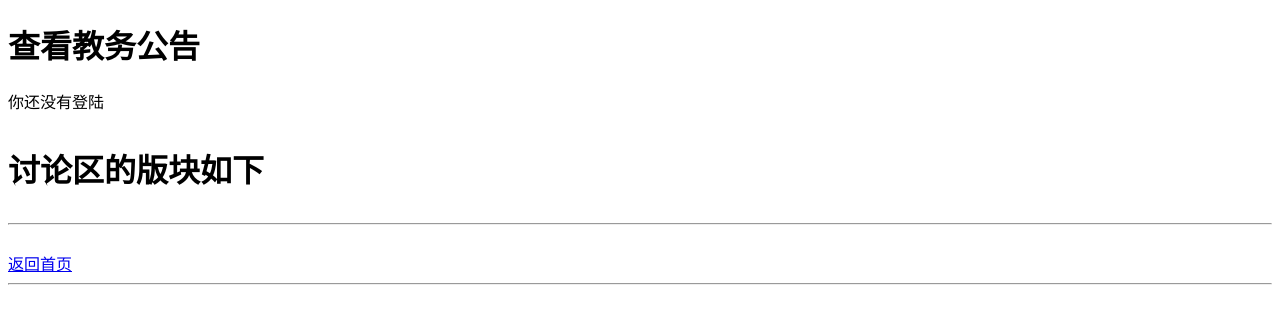
Repository: hbisheng/Academic-portal-website
Page: http://localhost/NewInfo/notice/index.jsp
These files come from the project's save history. The page is drawn as it stood at one moment and after the next save; the edit follows.
The browser window is 1280 px wide. The pictures show the whole page.
The page is served by Tomcat 9. Other server files are loaded and not shown. Queries for data that is not in the repository find no rows.

Above is the page before, as saved 2014-09-21 16:34:56.

### Java_info/NewInfo/WebContent/notice/index.jsp
<%@page import="edu.thu.cs.*"%>
<%@page import="jdbc.*"%>
<%@page import="java.util.*"%>

<%@ page language="java" contentType="text/html; charset=UTF-8"
    pageEncoding="UTF-8"%>
<!DOCTYPE html PUBLIC "-//W3C//DTD HTML 4.01 Transitional//EN" "http://www.w3.org/TR/html4/loose.dtd">
<html>
<head>
<meta http-equiv="Content-Type" content="text/html; charset=UTF-8">
<title>Insert title here</title>
</head>
<body>

<h1>查看教务公告</h1>

<%
	User user = (User)session.getAttribute("user");
	JdbcDao jdbc = new JdbcDao();
	if(user != null)
	{
		user = jdbc.getUser(user);
		session.setAttribute("user",user);
	}
%>

<%
	List<Integer> c=null;
	c = jdbc.getPostIndex(1000);
	if(user==null)
		out.println("你还没有登陆");
	int cnt = 0;
%>

<font size = 6 face ="微软雅黑" >
<p><b>讨论区的版块如下</b></p>
</font>

<font size = 4 face ="微软雅黑" >
<ul>
<%
	if(c!=null){
		for(Integer i: c)
		{
			Category category = jdbc.getCategory(i);
			String post_url = "posts.jsp?category_id="+category.id;
			String del_url = "index.jsp?id="+category.id+"&action=delete";
			++cnt;
			%><li><b><%=cnt%>. <a href= <%=post_url %> > <%=category.name%> </a></b><%
			if(user != null && user.permit_admin > 0){
				%><a href = <%=del_url%>><font color = "red">删除</font></a><%
			}
			%></li>
		<%
		}
	}
%>
</ul>

</font>
<hr><br><a href="../home.jsp">返回首页</a>
<hr><%
	if(user != null){
	%>
<font size = 3 face ="微软雅黑" color="#00FFFF">
	你的名字：<%=user.realname %><br>
	你的ID：<%=user.id %><br>
	你的地址：<%=user.address %><br>
</font>
<% 	}%>

<%
	if(user != null && user.permit_admin > 0)
	{
		if(request.getParameter("deliver")!=null)
		{
			Category category = new Category();
			category.name = request.getParameter("board");
			if(category.validate())
			{
				if(category.isOld())
				{
					out.println("该Category已经存在了");
				}
				else
				{
					jdbc.addCategory(category);
					response.sendRedirect("index.jsp");
				}
			}
			else
			{
				out.println("Category不能为空");
			}
		}
		String action = request.getParameter("action");
		if(action != null && action.equals("delete"))
		{
			int category_id = Integer.parseInt(request.getParameter("id"));
			jdbc.delCategory(category_id);
			response.sendRedirect("index.jsp");
		}
		%><h4>你是管理员，可以新开一个版块</h4>新开一个版块
		<form action = "index.jsp" method = "post">
		<span style="vertical-align: top">版块:</span><textarea rows="1" cols="50" name ="board"></textarea><br><br>
		<input type ="submit" value="确认发表" name = "deliver"/></form><%
	}

%>

</body>
</html>

### Java_info/NewInfo/src/jdbc/JdbcDao.java
package jdbc;
import java.util.*;
import java.sql.*;
import edu.thu.cs.*;
import java.text.*;

public class JdbcDao {
	public String TAG = this.getClass().getName();
	public static String URL = "jdbc:mysql://localhost:3306/";
	public static String DATABASENAME = "info";
	static {
		try {
			Class.forName("com.mysql.jdbc.Driver");
		} catch (ClassNotFoundException e) {
			e.printStackTrace();
		}
	}

	public User addUser(User user) //参数user需要保证validate = true  需要提前检查重名
	{
		try {
			Connection conn = DriverManager.getConnection(URL + DATABASENAME,"root","");
			PreparedStatement Statement=conn.prepareStatement(
		    		"INSERT INTO user VALUES(NULL,?,?,?,?,?,?,?,?,?,?,?,?,?,?,?)");
		    Statement.setString(1,user.account);
		    Statement.setString(2,user.password);
		    Statement.setString(3,user.realname);
		    Statement.setString(4,user.nickname);
		    Statement.setString(5,user.sex);
		    Statement.setString(6,user.birth);
		    Statement.setString(7,user.phone);
		    Statement.setString(8,user.e_name);
		    Statement.setString(9,user.e_phone);
		    Statement.setString(10,user.address);
		    Statement.setString(11, user.qq);
		    Statement.setInt(12, user.verify);
		    Statement.setInt(13, user.permit_admin);
		    Statement.setInt(14, user.permit_post);
		    Statement.setInt(15, user.permit_login);
		    Statement.executeUpdate();
		    System.out.println("In addU:addUser");
		    if(conn != null)
		    	conn.close();
		    if(Statement != null)
		    	Statement.close();
		} catch (SQLException e) {
			e.printStackTrace();
		}
		user.id = 0;//search by account
		return getUser(user);
	}

	public User getUser(User user)//依次按照以下参数寻找  id, account, nickname, 它们都是唯一的，如果要跳过就置0或置null
	{
		User target = new User();
		target.id = 0;
		try {
			Connection conn = DriverManager.getConnection(URL + DATABASENAME,"root","");
			Statement stmt = conn.createStatement();
			ResultSet rs;
			if(user.id != 0)
			{
				 rs = stmt.executeQuery("select * from user where id="+user.id);
			}
			else if((user.account != null) && !(user.account.equals("")))
			{
				 rs = stmt.executeQuery("select * from user where account=\""+user.account+"\"");
			}
			else if((user.nickname != null)&& !(user.nickname.equals("")))
			{
				 rs = stmt.executeQuery("select * from user where nickname=\""+user.nickname+"\"");
				 System.out.println("getUser by nickname");
			}
			else
			{
				System.out.println("查找失败，没有提供足够的信息");
				return null;
			}
			while (rs.next()) {
		    	target.id = Integer.parseInt(rs.getString("id"));
		    	target.account = rs.getString("account");
		    	target.password = rs.getString("password");
		    	target.realname = rs.getString("realname");
		    	target.nickname = rs.getString("nickname");
		    	target.sex = rs.getString("sex");
		    	target.birth = rs.getString("birth");
		    	target.phone = rs.getString("phone");
		    	target.e_name = rs.getString("e_name");
		    	target.e_phone = rs.getString("e_phone");
		    	target.address = rs.getString("address");
		    	target.qq = rs.getString("qq");
		    	target.verify = Integer.parseInt(rs.getString("verify"));
		    	target.permit_admin = Integer.parseInt(rs.getString("permit_admin"));
		    	target.permit_post = Integer.parseInt(rs.getString("permit_post"));
		    	target.permit_login = Integer.parseInt(rs.getString("permit_login"));
			}
			if(conn != null)
		    	conn.close();
		    if(stmt != null)
		    	stmt.close();
		    if(rs != null)
		    	rs.close();
		} catch (SQLException e) {
			e.printStackTrace();
		}
		if(target.id == 0)//找不到该用户
		{
			System.out.println("没有找到符合要求的用户");
			return null;
		}
		else
			return target;
	}
	public void updateUser(User user)//the id has to be the old one, contents are new.
	{
		try {
			Connection conn = DriverManager.getConnection(URL + DATABASENAME,"root","");
			PreparedStatement Statement=conn.prepareStatement
					("update user set password=?,nickname=?, sex=?, birth=?,phone=?,"
					+ "e_name=?,e_phone=?,address=?,qq=?,verify=?,permit_admin=?,permit_post=?,permit_login=? where id ="+user.id);

			Statement.setString(1,user.password);
			Statement.setString(2,user.nickname);
			Statement.setString(3,user.sex);
			Statement.setString(4,user.birth);
			Statement.setString(5,user.phone);
			Statement.setString(6,user.e_name);
			Statement.setString(7,user.e_phone);
			Statement.setString(8,user.address);
			Statement.setString(9,user.qq);
			Statement.setInt(10, user.verify);
		    Statement.setInt(11, user.permit_admin);
		    Statement.setInt(12, user.permit_post);
		    Statement.setInt(13, user.permit_login);
		    Statement.executeUpdate();
		    if(conn != null)
		    	conn.close();
		    if(Statement != null)
		    	Statement.close();
		} catch (SQLException e) {
			e.printStackTrace();
		}
	}

	public List<Integer> getUserIndex() {
		List<Integer> list = new ArrayList<Integer>();
		try {
			Connection conn = DriverManager.getConnection(URL + DATABASENAME,"root","");
			Statement stmt = conn.createStatement();
			ResultSet rs = stmt.executeQuery("select * from user");
			while (rs.next()) {
				list.add(rs.getInt("id"));
			}
			if(conn != null)
		    	conn.close();
		    if(stmt != null)
		    	stmt.close();
		    if(rs != null)
		    	rs.close();
		} catch (SQLException e) {
			e.printStackTrace();
		}
		return list;
	}
	public void delUser(User user)
	{
		try {
			Connection conn = DriverManager.getConnection(URL + DATABASENAME,"root","");
			PreparedStatement Statement=conn.prepareStatement("delete from user where id=" + user.id);
			Statement.executeUpdate();
		} catch (SQLException e) {
			// TODO Auto-generated catch block
			e.printStackTrace();
		}
	}
	//About the course!!

	public int addCourse(Course course) //参数user需要保证validate = true  需要提前检查重名
	{
		int course_id = 0;
		try {
			Connection conn = DriverManager.getConnection(URL + DATABASENAME,"root","");
			PreparedStatement Statement=conn.prepareStatement(
		    		"INSERT INTO course VALUES(NULL,?,?,?,?,?,?,?,?)");
		    Statement.setInt(1,course.valid);
		    Statement.setString(2,course.name);
		    Statement.setString(3,course.teacher);
		    Statement.setString(4,course.content);
		    Statement.setInt(5,course.capacity);
		    Statement.setString(6,course.classtime);
		    Statement.setString(7,course.start_time);
		    Statement.setString(8,course.end_time);
		    Statement.executeUpdate();

		    Statement stmt = conn.createStatement();
		    ResultSet rs = stmt.executeQuery("select * from course where name=\""+course.name+"\" and teacher= \""+course.teacher+"\"");
		    while (rs.next()) {
				course_id = rs.getInt("id");
			}
		    if(conn != null)
		    	conn.close();
		    if(Statement != null)
		    	Statement.close();
		    if(stmt!=null)
		    	stmt.close();
		    if(rs!=null)
		    	rs.close();
		} catch (SQLException e) {
			e.printStackTrace();
		}
		return course_id;
	}

	public Course getCourse(int course_id)//依次按照以下参数寻找  id, account, nickname, 它们都是唯一的，如果要跳过就置0或置null
	{
		Course target = new Course();
		target.id = 0;
		try {
			Connection conn = DriverManager.getConnection(URL + DATABASENAME,"root","");
			Statement stmt = conn.createStatement();
			ResultSet rs;
			if(course_id != 0)
			{
				 rs = stmt.executeQuery("select * from course where id="+course_id+" and valid = 1");
			}
			else
			{
				System.out.println("查找失败,course中没有提供足够的信息");
				return null;
			}

			while (rs.next()) {
		    	target.id = Integer.parseInt(rs.getString("id"));
		    	target.valid = rs.getInt("valid");
		    	target.name = rs.getString("name");
		    	target.teacher = rs.getString("teacher");
		    	target.content = rs.getString("content");
		    	target.capacity = rs.getInt("capacity");
		    	target.classtime = rs.getString("classtime");
		    	target.start_time = rs.getString("start");
		    	target.end_time = rs.getString("end");
		    }
			if(conn != null)
		    	conn.close();
		    if(stmt != null)
		    	stmt.close();
		    if(rs != null)
		    	rs.close();
		} catch (SQLException e) {
			e.printStackTrace();
		}
		if(target.id == 0)//找不到该用户
		{
			System.out.println("没有找到符合要求的用户课程");
			return null;
		}
		else
			return target;
	}

	public void updateCourse(Course c)//the id has to be the old one, contents are new.
	{
		try {
			Connection conn = DriverManager.getConnection(URL + DATABASENAME,"root","");
			PreparedStatement Statement=conn.prepareStatement
			("update course set name=?,teacher=?, classtime=?, capacity=?, valid=?,"
					+ "content=?,start=?,end=? where id ="+c.id);
			Statement.setString(1,c.name);
			Statement.setString(2,c.teacher);
			Statement.setString(3,c.classtime);
			Statement.setInt(4,c.capacity);
			Statement.setInt(5,c.valid);
			Statement.setString(6,c.content);
			Statement.setString(7,c.start_time);
			Statement.setString(8,c.end_time);
		    Statement.executeUpdate();
		    if(conn != null)
		    	conn.close();
		    if(Statement != null)
		    	Statement.close();
		} catch (SQLException e) {
			e.printStackTrace();
		}
	}
	public void delCourse(int course_id) {
		try {
			Connection conn = DriverManager.getConnection(URL + DATABASENAME,"root","");
			PreparedStatement Statement=conn.prepareStatement("update course set valid = 0 where id=" + course_id);
			Statement.executeUpdate();
			if(conn != null)
		    	conn.close();
		    if(Statement != null)
		    	Statement.close();

		} catch (SQLException e) {
			// TODO Auto-generated catch block
			e.printStackTrace();
		}

		List<Integer> li = getUserCourse(course_id);
		for(Integer uid:li)
		{
			delUserCourse(uid, course_id);
		}
	}
	public List<Integer> getCourseIndex(int user_id)
	{
		List<Integer> list_c= new ArrayList<Integer>();
		try {
			Connection conn = DriverManager.getConnection(URL + DATABASENAME,"root","");
			Statement stmt = conn.createStatement();
			ResultSet rs;
			if(user_id == 0)
			{
				rs = stmt.executeQuery("select * from course where valid = 1");
				while(rs.next())
				{
					list_c.add(rs.getInt("id"));
				}
			}
			else
			{
				rs = stmt.executeQuery("select * from user_course where user_id="+user_id+" and valid = 1");
				while(rs.next())
				{
					list_c.add(rs.getInt("course_id"));
				}
			}

			if(conn != null)
		    	conn.close();
		    if(stmt != null)
		    	stmt.close();
		    if(rs != null)
		    	rs.close();
		} catch (SQLException e) {
			// TODO Auto-generated catch block
			e.printStackTrace();
		}
		return list_c;
	}

	public void addUserCourse(int uid, int cid)
	{
		int yesValid = 1;
		int yesNew = 1;
		try {
			Connection conn = DriverManager.getConnection(URL + DATABASENAME,"root","");
			PreparedStatement Statement=conn.prepareStatement("insert into user_course VALUES(?,?,?,?,?)");
			Statement.setInt(1,uid);
			Statement.setInt(2,cid);
			Statement.setInt(3,yesValid);
			Statement.setInt(4,yesNew);

			SimpleDateFormat df = new SimpleDateFormat("yyyy-MM-dd HH:mm:ss");
			Calendar c = Calendar.getInstance();
			Statement.setString(5, df.format(c.getTime()));

			Statement.executeUpdate();
			if(conn != null)
		    	conn.close();
		    if(Statement != null)
		    	Statement.close();

		} catch (SQLException e) {
			// TODO Auto-generated catch block
			e.printStackTrace();
		}
	}
	public void delUserCourse(int uid, int cid)
	{
		int yesValid = 0;
		int yesNew = 0;
		try {
			Connection conn = DriverManager.getConnection(URL + DATABASENAME,"root","");
			PreparedStatement Statement=conn.prepareStatement("update user_course set valid = 0 where course_id=? and user_id=?");
			Statement.setInt(1,cid);
			Statement.setInt(2,uid);
			Statement.executeUpdate();

			Statement=conn.prepareStatement("insert into user_course VALUES(?,?,?,?,?)");
			Statement.setInt(1,uid);
			Statement.setInt(2,cid);
			Statement.setInt(3,yesValid);
			Statement.setInt(4,yesNew);

			SimpleDateFormat df = new SimpleDateFormat("yyyy-MM-dd HH:mm:ss");
			Calendar c = Calendar.getInstance();
			Statement.setString(5, df.format(c.getTime()));
			Statement.executeUpdate();

			if(conn != null)
		    	conn.close();
		    if(Statement != null)
		    	Statement.close();
		} catch (SQLException e) {
			// TODO Auto-generated catch block
			e.printStackTrace();
		}
	}
	public int checkUserCourse(int uid, int cid)
	{
		try {
			//sSystem.out.println("In checkUC uid:"+uid+" cid: "+cid);
			Connection conn = DriverManager.getConnection(URL + DATABASENAME,"root","");
			Statement stmt = conn.createStatement();
			ResultSet rs = stmt.executeQuery("select * from user_course where course_id="+cid+" and valid=1 and user_id="+uid);

			String s = null;
			while(rs.next())
			{
				s = rs.getString("time");
			}
			if(s != null)
			{
				return 1;
			}
			conn.close();
			stmt.close();
			rs.close();
		} catch (SQLException e) {
			// TODO Auto-generated catch block
			e.printStackTrace();
		}
		//System.out.println("return 0");
		return 0;
	}

	public List<Integer> getUserCourse(int course_id)//get the list of the users_id that has this course
	{
		List<Integer> list_c= new ArrayList<Integer>();
		try {
			Connection conn = DriverManager.getConnection(URL + DATABASENAME,"root","");
			Statement stmt = conn.createStatement();
			ResultSet rs;
			if(course_id == 0)
			{
				System.out.println("In getUserCourse 没有提供课程编号");
				return null;
			}
			else
			{
				rs = stmt.executeQuery("select * from user_course where course_id="+course_id+" and valid=1");
				while(rs.next())
				{
					list_c.add(rs.getInt("user_id"));
				}
			}
			if(conn != null)
		    	conn.close();
		    if(stmt != null)
		    	stmt.close();
		    if(rs != null)
		    	rs.close();
		} catch (SQLException e)
		{
			// TODO Auto-generated catch block
			e.printStackTrace();
		}
		return list_c;
	}
	public List<UserCourse> getUserCourseHistory(int user_id)//get the list of the users_id that has this course
	{
		List<UserCourse> list_c= new ArrayList<UserCourse>();
		try {
			Connection conn = DriverManager.getConnection(URL + DATABASENAME,"root","");
			Statement stmt = conn.createStatement();
			ResultSet rs;
			if(user_id == 0)
			{
				System.out.println("In getUserCourseHistory 没有提供user编号");
				return null;
			}
			else
			{
				rs = stmt.executeQuery("select * from user_course where user_id="+user_id);
				while(rs.next())
				{
					UserCourse tmp = new UserCourse();
					tmp.user_id = rs.getInt("user_id");
					tmp.course_id = rs.getInt("course_id");
					tmp.valid = rs.getInt("valid");
					tmp.operation = rs.getInt("operation");
					tmp.time = rs.getString("time").substring(0, 19);
					list_c.add(tmp);
				}
			}
			if(conn != null)
		    	conn.close();
		    if(stmt != null)
		    	stmt.close();
		    if(rs != null)
		    	rs.close();
		} catch (SQLException e)
		{
			// TODO Auto-generated catch block
			e.printStackTrace();
		}
		return list_c;
	}

	public void addCategory(Category c)
	{
		try {
			Connection conn = DriverManager.getConnection(URL + DATABASENAME,"root","");
			PreparedStatement Statement=conn.prepareStatement("insert into category VALUES(NULL,?)");
			Statement.setString(1,c.name);
			Statement.executeUpdate();
			if(conn != null)
		    	conn.close();
		    if(Statement != null)
		    	Statement.close();
		} catch (SQLException e) {
			// TODO Auto-generated catch block
			e.printStackTrace();
		}
	}
	public Category getCategory(int id)
	{
		Category c = new Category();
		try {
			Connection conn = DriverManager.getConnection(URL + DATABASENAME,"root","");
			Statement stmt = conn.createStatement();
			ResultSet rs = stmt.executeQuery("select * from category where id ="+id);
		    while (rs.next()) {
		    	c.id = rs.getInt("id");
		    	c.name = rs.getString("Name");
		    }
		    if(conn != null)
		    	conn.close();
		    if(stmt != null)
		    	stmt.close();
		    if(rs != null)
		    	rs.close();
		} catch (SQLException e) {
			// TODO Auto-generated catch block
			e.printStackTrace();
		}
		return c;
	}
	public void delCategory(int category_id)
	{
		try {
			Connection conn = DriverManager.getConnection(URL + DATABASENAME,"root","");
			PreparedStatement Statement=conn.prepareStatement("delete from category where id=" + category_id);
			Statement.executeUpdate();
		} catch (SQLException e) {
			// TODO Auto-generated catch block
			e.printStackTrace();
		}
	}
	public List<Integer> getCategoryIndex()
	{
		List<Integer> list_c= new ArrayList<Integer>();
		try {
			Connection conn = DriverManager.getConnection(URL + DATABASENAME,"root","");
			Statement stmt = conn.createStatement();
			ResultSet rs = stmt.executeQuery("select * from category");
			while(rs.next())
		 	{
				list_c.add(rs.getInt("id"));
			}
			if(conn != null)
		    	conn.close();
		    if(stmt != null)
		    	stmt.close();
		    if(rs != null)
		    	rs.close();
		} catch (SQLException e) {
			// TODO Auto-generated catch block
			e.printStackTrace();
		}
		return list_c;
	}


	public int addPost(Post post){
		int post_id=0;
		try {
			Connection conn = DriverManager.getConnection(URL + DATABASENAME,"root","");
			PreparedStatement Statement=conn.prepareStatement("insert into post VALUES(NULL,?,?,?,?)");
			Statement.setInt(1,post.category_id);
		    Statement.setString(2,post.topic);
		    Statement.setString(3,post.initiator);
		    SimpleDateFormat df = new SimpleDateFormat("yyyy-MM-dd HH:mm:ss");
			Calendar c = Calendar.getInstance();
			Statement.setString(4, df.format(c.getTime()));
		    Statement.executeUpdate();

		    Statement stmt = conn.createStatement();
			ResultSet rs = stmt.executeQuery("select * from post where topic=\""+post.topic+"\" and category_id = "+post.category_id);
		    while (rs.next()) {
				post_id = rs.getInt("id");
			}

		    if(conn != null)
		    	conn.close();
		    if(Statement != null)
		    	Statement.close();
		    if(stmt != null)
		    	stmt.close();
		    if(rs != null)
		    	rs.close();

		} catch (SQLException e) {
			// TODO Auto-generated catch block
			e.printStackTrace();
		}
		return post_id;
	}
	public void delPost(int post_id)
	{
		try {
			Connection conn = DriverManager.getConnection(URL + DATABASENAME,"root","");
			PreparedStatement Statement=conn.prepareStatement("delete from post where id=" + post_id);
			Statement.executeUpdate();
			if(conn != null)
		    	conn.close();
		    if(Statement != null)
		    	Statement.close();
		} catch (SQLException e) {
			// TODO Auto-generated catch block
			e.printStackTrace();
		}
	}

	public Post getPost(int post_id)
	{
		Post p = new Post();
		try {
			Connection conn = DriverManager.getConnection(URL + DATABASENAME,"root","");
			Statement stmt = conn.createStatement();
			ResultSet rs = stmt.executeQuery("select * from post where id ="+post_id);
		    while (rs.next()) {
		    	p.id = rs.getInt("id");
		    	p.category_id = rs.getInt("category_id");
		    	p.initiator = rs.getString("initiator");
		    	p.topic = rs.getString("topic");
		    	p.time = rs.getString("time").substring(0,19);
		    }
		    if(conn != null)
		    	conn.close();
		    if(stmt != null)
		    	stmt.close();
		    if(rs != null)
		    	rs.close();
		} catch (SQLException e) {
			// TODO Auto-generated catch block
			e.printStackTrace();
		}
		return p;
	}

	public List<Integer> getPostIndex(int category_id)
	{
		List<Integer> list_c= new ArrayList<Integer>();
		try {
			Connection conn = DriverManager.getConnection(URL + DATABASENAME,"root","");
			Statement stmt = conn.createStatement();
			ResultSet rs = stmt.executeQuery("select * from post where category_id="+category_id);
			while(rs.next())
		 	{
				list_c.add(rs.getInt("id"));
			}
			if(conn != null)
		    	conn.close();
		    if(stmt != null)
		    	stmt.close();
		    if(rs != null)
		    	rs.close();
		} catch (SQLException e) {
			// TODO Auto-generated catch block
			e.printStackTrace();
		}
		return list_c;
	}


	public int addReply(Reply reply){
		try {
			Connection conn = DriverManager.getConnection(URL + DATABASENAME,"root","");
			PreparedStatement Statement=conn.prepareStatement("INSERT INTO reply VALUES(NULL,?,?,?,?)");
			Statement.setString(1,reply.content);
		    Statement.setString(2,Integer.toString(reply.post_id));
		    Statement.setString(3,Integer.toString(reply.user_id));
		    SimpleDateFormat df = new SimpleDateFormat("yyyy-MM-dd HH:mm:ss");
			Calendar c = Calendar.getInstance();
			Statement.setString(4, df.format(c.getTime()));
		    Statement.executeUpdate();
		    if(conn != null)
		    	conn.close();
		    if(Statement != null)
		    	Statement.close();
		} catch (SQLException e) {
			// TODO Auto-generated catch block
			e.printStackTrace();
		}
		return 0;
	}
	public List<Reply> getReplyList(int post_id)
	{
		List<Reply> list_c= new ArrayList<Reply>();
		try {
			Connection conn = DriverManager.getConnection(URL + DATABASENAME,"root","");
			Statement stmt = conn.createStatement();
			ResultSet rs = stmt.executeQuery("select * from reply where post_id="+post_id);
			while(rs.next())
		 	{
				Reply tmp = new Reply();
				tmp.id = rs.getInt("id");
				tmp.post_id = post_id;
				tmp.content = rs.getString("content");
				tmp.user_id = rs.getInt("user_id");
				tmp.time = rs.getString("time").substring(0,19);
				list_c.add(tmp);
			}
			if(conn != null)
		    	conn.close();
		    if(stmt != null)
		    	stmt.close();
		    if(rs != null)
		    	rs.close();
		} catch (SQLException e) {
			// TODO Auto-generated catch block
			e.printStackTrace();
		}
		return list_c;
	}
	public void delReply(int id)
	{
		try {
			Connection conn = DriverManager.getConnection(URL + DATABASENAME,"root","");
			PreparedStatement Statement=conn.prepareStatement("delete from reply where id=" + id);
			Statement.executeUpdate();
		} catch (SQLException e) {
			// TODO Auto-generated catch block
			e.printStackTrace();
		}
	}

	public void addMedia(Media m){
		try {
			Connection conn = DriverManager.getConnection(URL + DATABASENAME,"root","");
			PreparedStatement Statement=conn.prepareStatement("insert into media VALUES(NULL,?,?,?,?)");
			Statement.setInt(1,m.type);
		    Statement.setString(2,m.url);
		    Statement.setString(3,m.name);
		    Statement.setString(4,m.content);
		    Statement.executeUpdate();

		    conn.close();
		    Statement.close();
		} catch (SQLException e) {
			// TODO Auto-generated catch block
			e.printStackTrace();
		}
	}
	public void delMedia(int media_id)
	{
		try {
			Connection conn = DriverManager.getConnection(URL + DATABASENAME,"root","");
			PreparedStatement Statement=conn.prepareStatement("delete from media where id=" + media_id);
			Statement.executeUpdate();
		} catch (SQLException e) {
			// TODO Auto-generated catch block
			e.printStackTrace();
		}
	}

	public Media getMedia(int media_id)
	{
		Media p = new Media();
		try {
			Connection conn = DriverManager.getConnection(URL + DATABASENAME,"root","");
			Statement stmt = conn.createStatement();
			ResultSet rs = stmt.executeQuery("select * from media where id ="+media_id);
		    while (rs.next()) {
		    	p.id = rs.getInt("id");
		    	p.name = rs.getString("name");
		    	p.type = rs.getInt("type");
		    	p.url = rs.getString("url");
		    	p.content = rs.getString("content");
		    }
		} catch (SQLException e) {
			// TODO Auto-generated catch block
			e.printStackTrace();
		}
		return p;
	}

	public List<Integer> getMediaIndex(int type)
	{
		List<Integer> list_c= new ArrayList<Integer>();
		try {
			Connection conn = DriverManager.getConnection(URL + DATABASENAME,"root","");
			Statement stmt = conn.createStatement();
			ResultSet rs = null;
			if(type == 0)
				 rs = stmt.executeQuery("select * from media");
			else
				 rs = stmt.executeQuery("select * from media where type="+type);
			while(rs.next())
				list_c.add(rs.getInt("id"));
			conn.close();
			stmt.close();
			rs.close();
		} catch (SQLException e) {
			// TODO Auto-generated catch block
			e.printStackTrace();
		}
		return list_c;
	}

	public Status getStatus()
	{
		Status s = new Status();
		try {
			Connection conn = DriverManager.getConnection(URL + DATABASENAME,"root","");
			Statement stmt = conn.createStatement();
			ResultSet rs = stmt.executeQuery("select * from status");
		    while (rs.next()) {
		    	s.choose = rs.getInt("choose");
		    }
		} catch (SQLException e) {
			// TODO Auto-generated catch block
			e.printStackTrace();
		}
		return s;
	}
	public void updateStatus(Status s)
	{
		try {
			Connection conn = DriverManager.getConnection(URL + DATABASENAME,"root","");
			PreparedStatement Statement=conn.prepareStatement
					("update status set choose=?");
			Statement.setInt(1,s.choose);
		    Statement.executeUpdate();
		} catch (SQLException e) {
			// TODO Auto-generated catch block
			e.printStackTrace();
		}
	}


	public void addToken(Token c)
	{
		try {
			Connection conn = DriverManager.getConnection(URL + DATABASENAME,"root","");
			PreparedStatement Statement=conn.prepareStatement("insert into token VALUES(?,?,?)");
			Statement.setInt(1,c.operation);
			Statement.setInt(2,c.user_id);
			Statement.setString(3,c.content);
			Statement.executeUpdate();


		    conn.close();
		    Statement.close();
		} catch (SQLException e) {
			// TODO Auto-generated catch block
			e.printStackTrace();
		}
	}
	public Token getToken(String content)
	{
		Token c = new Token();
		try {
			Connection conn = DriverManager.getConnection(URL + DATABASENAME,"root","");
			Statement stmt = conn.createStatement();
			ResultSet rs = stmt.executeQuery("select * from token where content= \""+content+"\"");
		    while (rs.next()) {
		    	c.operation = rs.getInt("operation");
		    	c.user_id = rs.getInt("user_id");
		    	c.content = content;
		    }
		} catch (SQLException e) {
			// TODO Auto-generated catch block
			e.printStackTrace();
		}
		return c;
	}


}

After the next save:
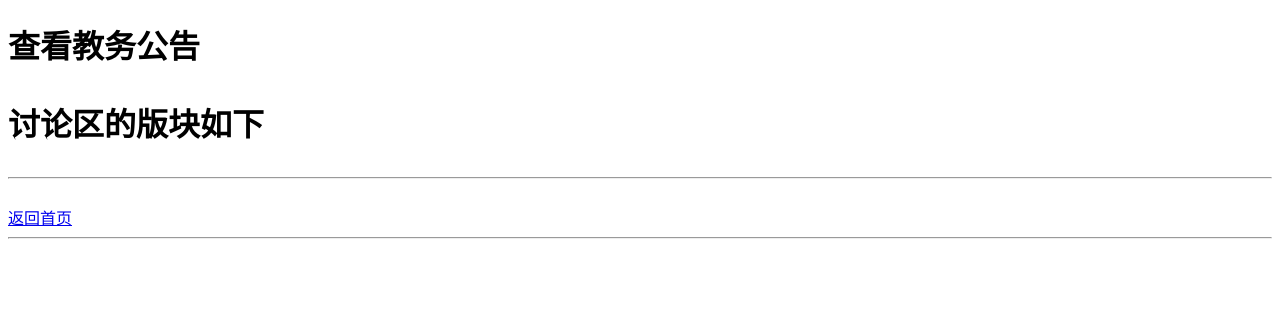
Saved 6 s later.
--- a/Java_info/NewInfo/WebContent/notice/index.jsp
+++ b/Java_info/NewInfo/WebContent/notice/index.jsp
@@ -27,8 +27,6 @@
 <%
 	List<Integer> c=null;
 	c = jdbc.getPostIndex(1000);
-	if(user==null)
-		out.println("你还没有登陆");
 	int cnt = 0;
 %>
 
